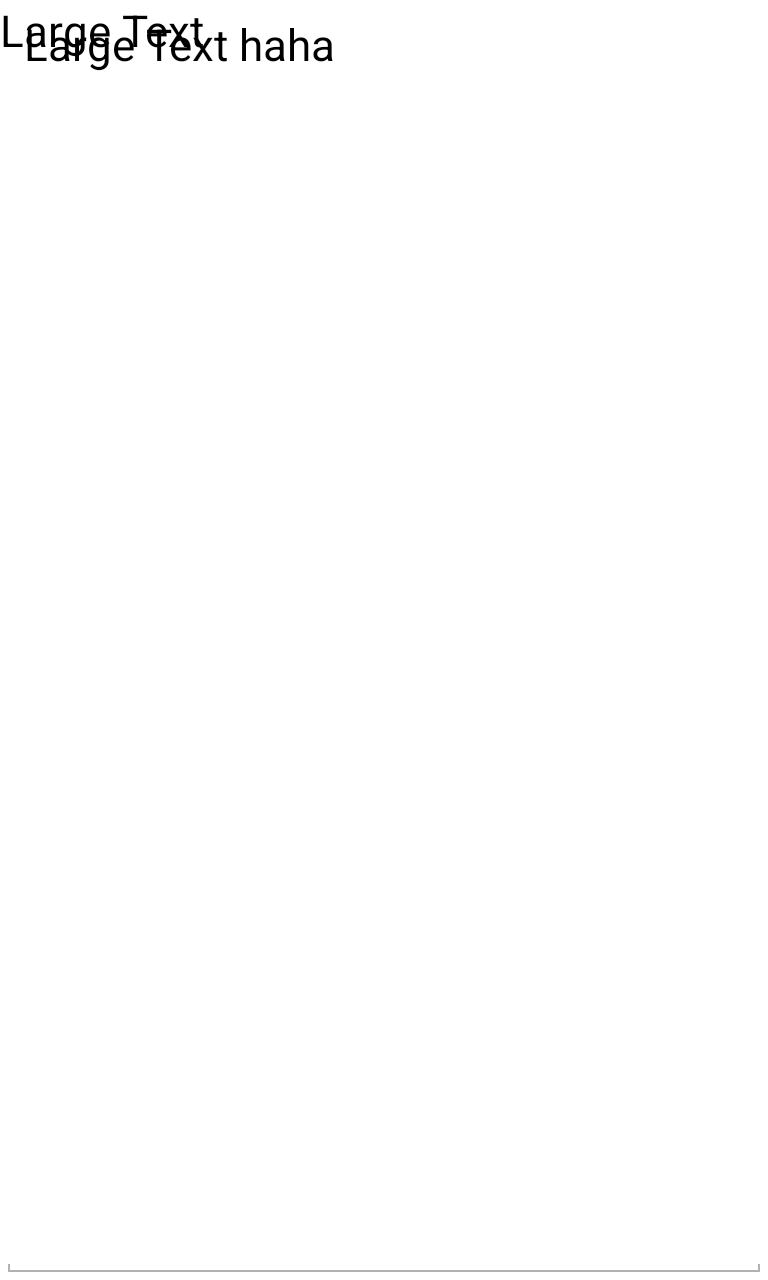
Repository: EnjoyWorkTrue/Spring2014
Layout: CMP464/NotePad/res/layout/activity_description.xml
An editor plug-in stored every save of this project. The layout is shown before and after the next save, followed by the edit.
It is drawn on a 768 x 1280 px phone screen (xhdpi) without system bars, with theme AppTheme; the app's code is not run.

Above is the layout before, as saved 2014-03-28 00:26:05.

### CMP464/NotePad/res/layout/activity_description.xml
<RelativeLayout xmlns:android="http://schemas.android.com/apk/res/android"
    xmlns:tools="http://schemas.android.com/tools"
    android:layout_width="match_parent"
    android:layout_height="match_parent"

    >


    <TextView
        android:id="@+id/textView1"
        android:layout_width="match_parent"
        android:layout_height="match_parent"
        android:text="Large Text"
        android:gravity="top"
        android:textAppearance="?android:attr/textAppearanceLarge" />
    <EditText
        android:id="@+id/editText1"
        android:layout_width="match_parent"
        android:layout_height="match_parent"
        android:gravity="top"
        android:textAppearance="?android:attr/textAppearanceLarge"
        android:text="Large Text haha"
        />


</RelativeLayout>

Loaded but not shown: CMP464/NotePad/res/values/styles.xml (common file); CMP464/NotePad/res/values-v11/styles.xml (common file); CMP464/NotePad/res/values-v14/styles.xml (common file)

After the next save:
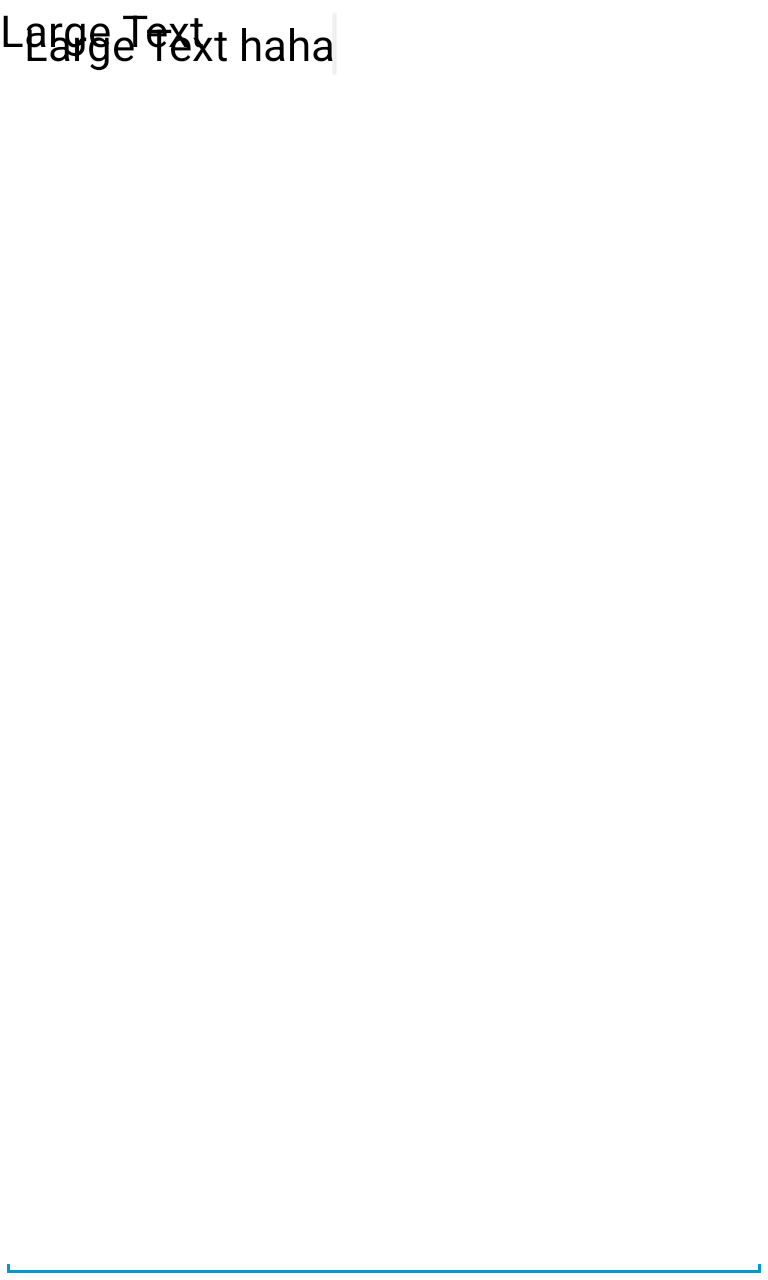
Saved 25 s later.
--- a/CMP464/NotePad/res/layout/activity_description.xml
+++ b/CMP464/NotePad/res/layout/activity_description.xml
@@ -11,16 +11,20 @@
         android:layout_width="match_parent"
         android:layout_height="match_parent"
         android:text="Large Text"
-        android:gravity="top"
         android:textAppearance="?android:attr/textAppearanceLarge" />
+
     <EditText
         android:id="@+id/editText1"
         android:layout_width="match_parent"
         android:layout_height="match_parent"
+        android:layout_alignParentLeft="true"
+        android:layout_alignParentTop="true"
+        android:ems="10"
         android:gravity="top"
-        android:textAppearance="?android:attr/textAppearanceLarge"
         android:text="Large Text haha"
-        />
+        android:textAppearance="?android:attr/textAppearanceLarge" >
 
+        <requestFocus />
+    </EditText>
 
 </RelativeLayout>
